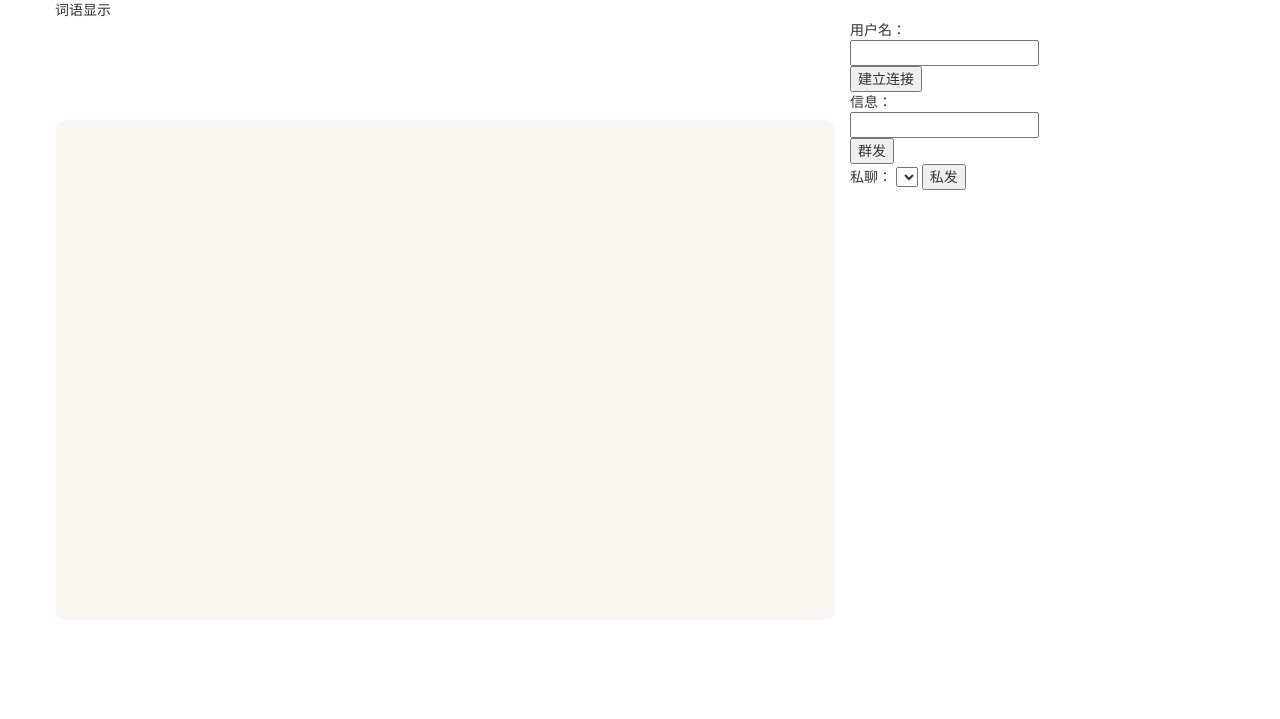
Repository: eheihaha2/whoisthespy-
Page: webDemo/WebContent/room.html
An editor plug-in stored every save of this project. The page is shown before and after the next save, followed by the edit.
The browser window is 1280 px wide. The pictures show the whole page.

Above is the page before, as saved 2020-02-26 01:44:27.

After the next save:
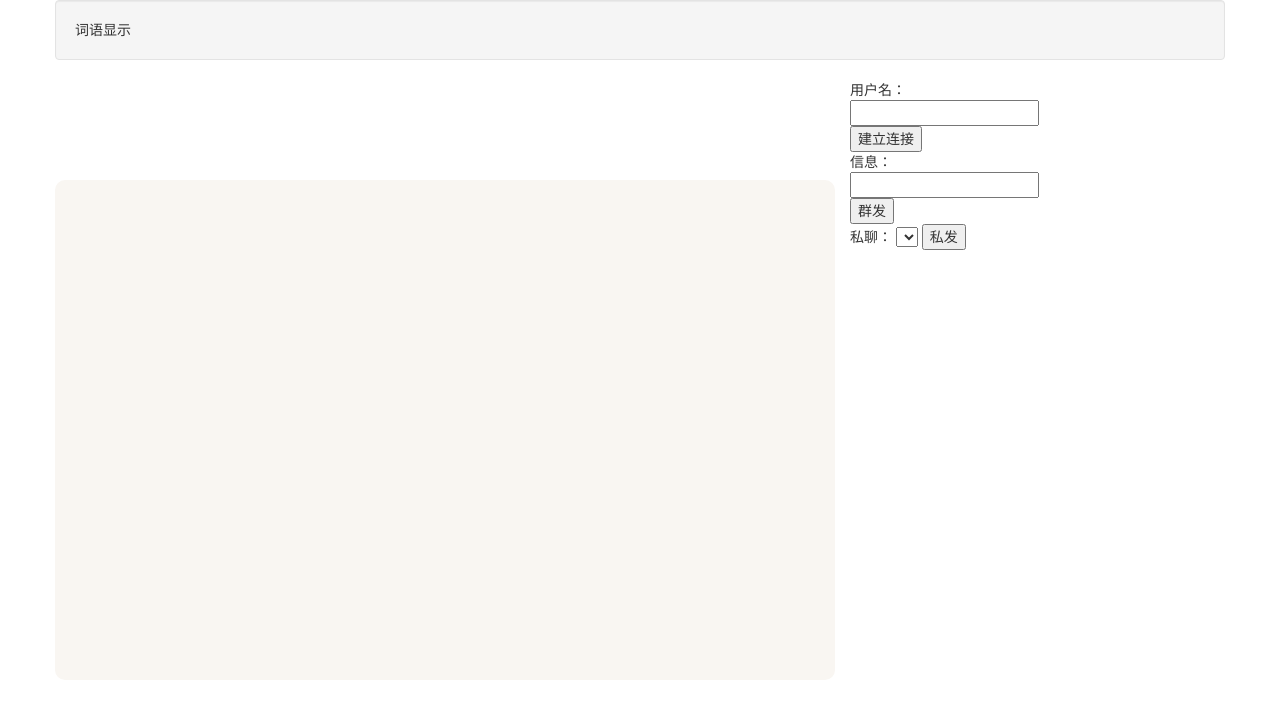
Saved 28 s later.
--- a/webDemo/WebContent/room.html
+++ b/webDemo/WebContent/room.html
@@ -19,7 +19,7 @@
 <body>
 	<div class="container">
 	<div class="row">
-		<div>词语显示</div>
+		<div class="well">词语显示</div>
 	</div>
 		<div class="row">
 			<div class="col-md-8 	col-sm-8 show">
